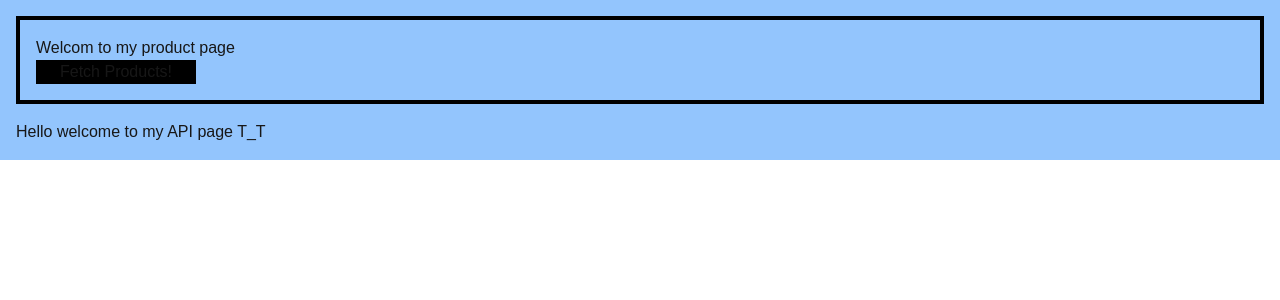
Repository: MelissaJacobi/mdia-3126
Page: /api (app in webapp-lab06/)
These files come from the project's save history. The page is drawn as it stood at one moment and after a run of saves; the edit follows.
The browser window is 1280 px wide. The pictures show the whole page.
The project was rebuilt for these pictures with package versions that can differ from the ones it lists, and the page was loaded fresh each time. The framework's server and built-in components were replaced by stand-ins that run in the browser. Also part of the build but not shown: webapp-lab06/next.config.mjs.

Above is the page before, as saved 2024-10-08 14:59:43.

### webapp-lab06/src/app/api/page.js
"use client"
import Image from "next/image";
import {useState} from 'react';



export default function Page() {

    const DATA_URL = "https://mdn.github.io/learning-area/javascript/apis/fetching-data/can-store/products.json";
    const [data, setData] = useState(null);
    const ProductList = () => {
        if (data) {
            return(
                <div>
                    <ul className="border-4 border-black p-4 mb-4">
                        hi
                    </ul>
                </div>
            )
        } else {
            return (
                <div>

                </div>
            )
        }
    }

    async function fetchData() {
        const response = await fetch(DATA_URL);
        const data = await response.json();
        setData(data);
    }

    return(
        <div className="p-4 bg-blue-300">
            <header className="border-4 border-black p-4 mb-4">
                <h1>Welcom to my product page</h1>
                <button className="border-neutral-200 bg-black px-6"
                onClick={fetchData}
                >Fetch Products!</button>
            </header>
            <ProductList />
            Hello welcome to my API page T_T
        </div>
    );
}

Loaded but not shown: webapp-lab06/src/app/layout.js (common file); webapp-lab06/src/app/globals.css (common file); webapp-lab06/tailwind.config.js (common file)

After the next 2 saves:
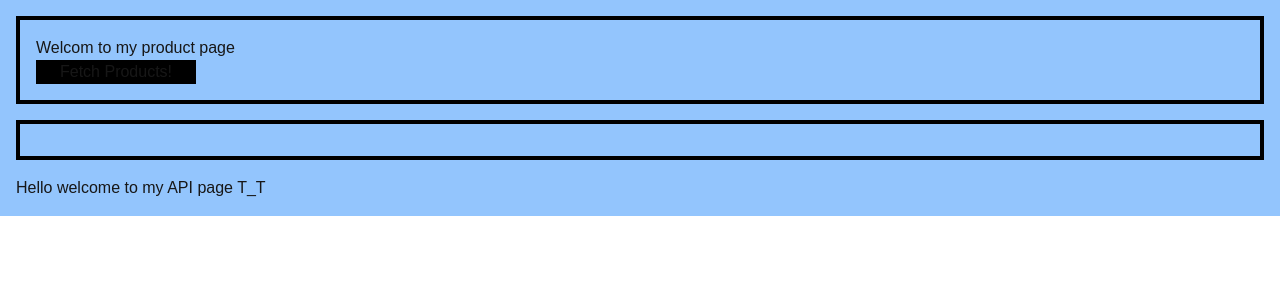
The 2 saves are shown as one change because 1 did not build or start.
The last was saved 21 s later.
--- a/webapp-lab06/src/app/api/page.js
+++ b/webapp-lab06/src/app/api/page.js
@@ -19,7 +19,7 @@ export default function Page() {
             )
         } else {
             return (
-                <div>
+                <div className="border-4 border-black p-4 mb-4">
 
                 </div>
             )
